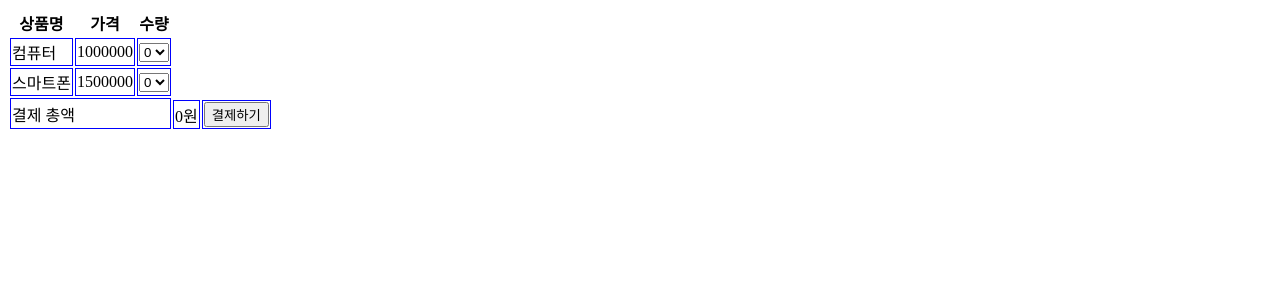
Repository: to-flatwhite1/JSP
Page: http://localhost/JSP08/
The author's editor kept a copy of each file at every save. The page is drawn from the files as they stood at one save, then again after the next save.
The browser window is 1280 px wide. The pictures show the whole page.
The page is served by Tomcat 9.

Above is the page before, as saved 2024-05-16 05:47:30.

### JSP08/src/main/webapp/index.jsp
<%@ page language="java" contentType="text/html; charset=utf-8"
    pageEncoding="utf-8"%>
<!DOCTYPE html>
<html>
	<head>
		<meta charset="utf-8">
		<title>데이터 전송 실습</title>
	</head>
	<style>
	</style>
	<body>
		<table>
			<tr>
				<th>상품명</th>
				<th>가격</th>
				<th>수량</th>
			</tr>
			<tr>
				<td>컴퓨터</td>
				<td>1000000</td>
				<td>
					<form>
					<select>
						<option>0</option>
						<option>1</option>
						<option>2</option>
						<option>3</option>
					</select>
					</form>
				</td>
			</tr>
			<tr>
				<td>스마트폰</td>
				<td>1500000</td>
				<td><form><select>
						<option>0</option>
						<option>1</option>
						<option>2</option>
						<option>3</option>
					</select></form>
				</td>
			</tr>
			<tr>
				<td colspan="3" rowspan="3">결제 총액</td>
			</tr>
			<tr>
				<td >0원</td>
				<td>
				<form>
				<input type="submit" value="결제하기">
				</form>
				</td>
			</tr>
		</table>
		<script>
		let tds=document.getElementsByTagName("td")
		for(let i=0; i<tds.length; i++){
					tds[i].setAttribute("style","border:1px solid blue");
				}
		</script>
	</body>
</html>

After the next save:
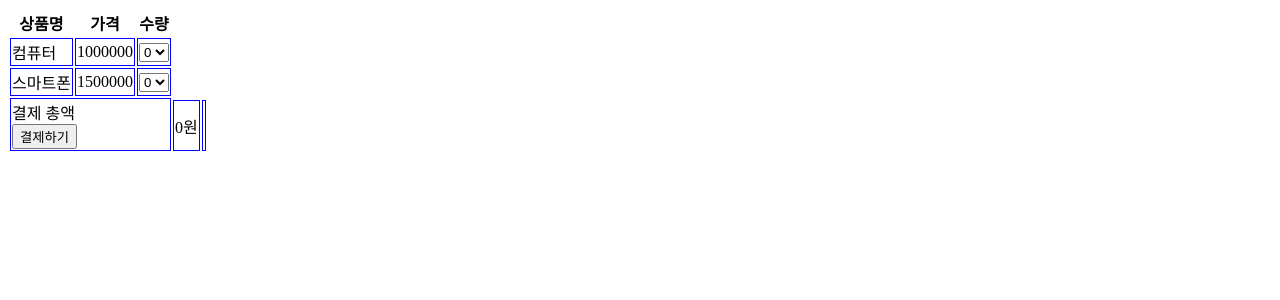
Saved 20 s later.
--- a/JSP08/src/main/webapp/index.jsp
+++ b/JSP08/src/main/webapp/index.jsp
@@ -41,14 +41,16 @@
 				</td>
 			</tr>
 			<tr>
-				<td colspan="3" rowspan="3">결제 총액</td>
+				<td colspan="3" rowspan="3">결제 총액
+				<form>
+				<input type="submit" value="결제하기">
+				</form>
+				</td>
 			</tr>
 			<tr>
 				<td >0원</td>
 				<td>
-				<form>
-				<input type="submit" value="결제하기">
-				</form>
+
 				</td>
 			</tr>
 		</table>
